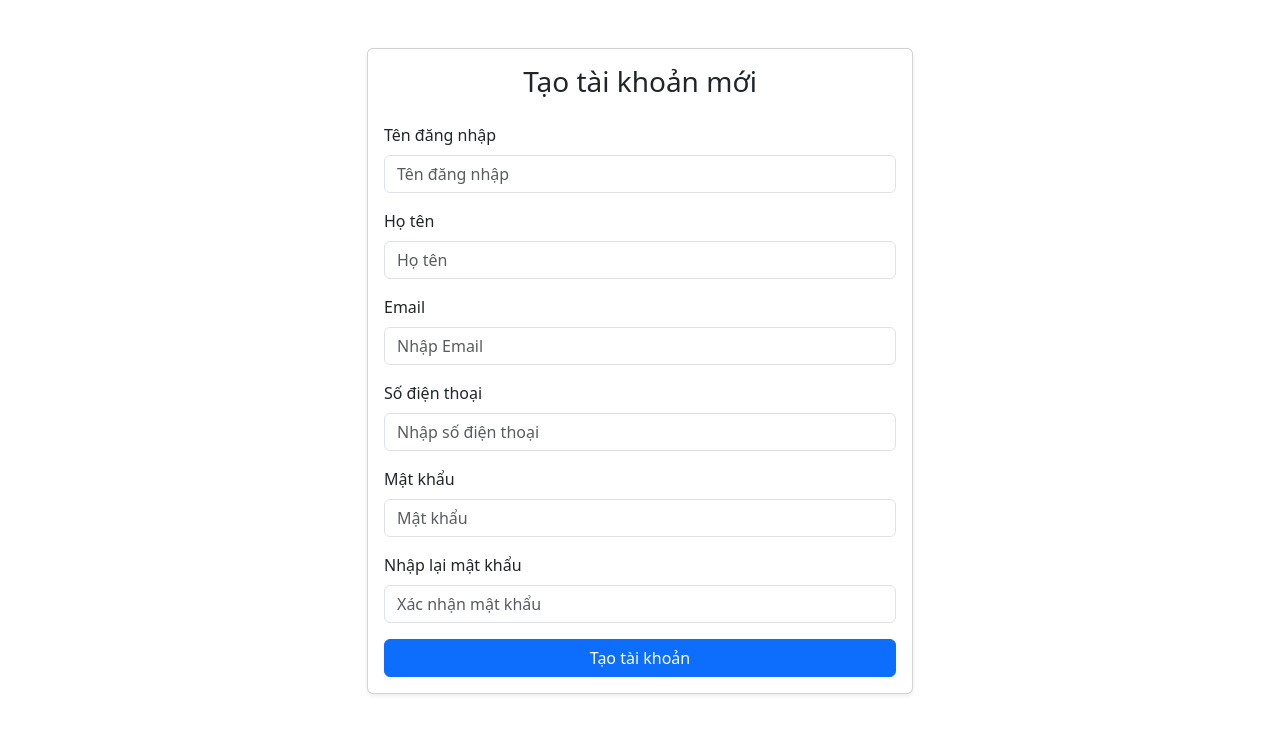
Repository: nvk3005/LapTrinhWeb-
Page: http://localhost/HelloServlet/register
The author's editor kept a copy of each file at every save. The page is drawn from the files as they stood at one save, then again after the next save.
The browser window is 1280 px wide. The pictures show the whole page.
The page is served by Tomcat 10.

Above is the page before, as saved 2025-09-02 16:26:53.

After the next save:
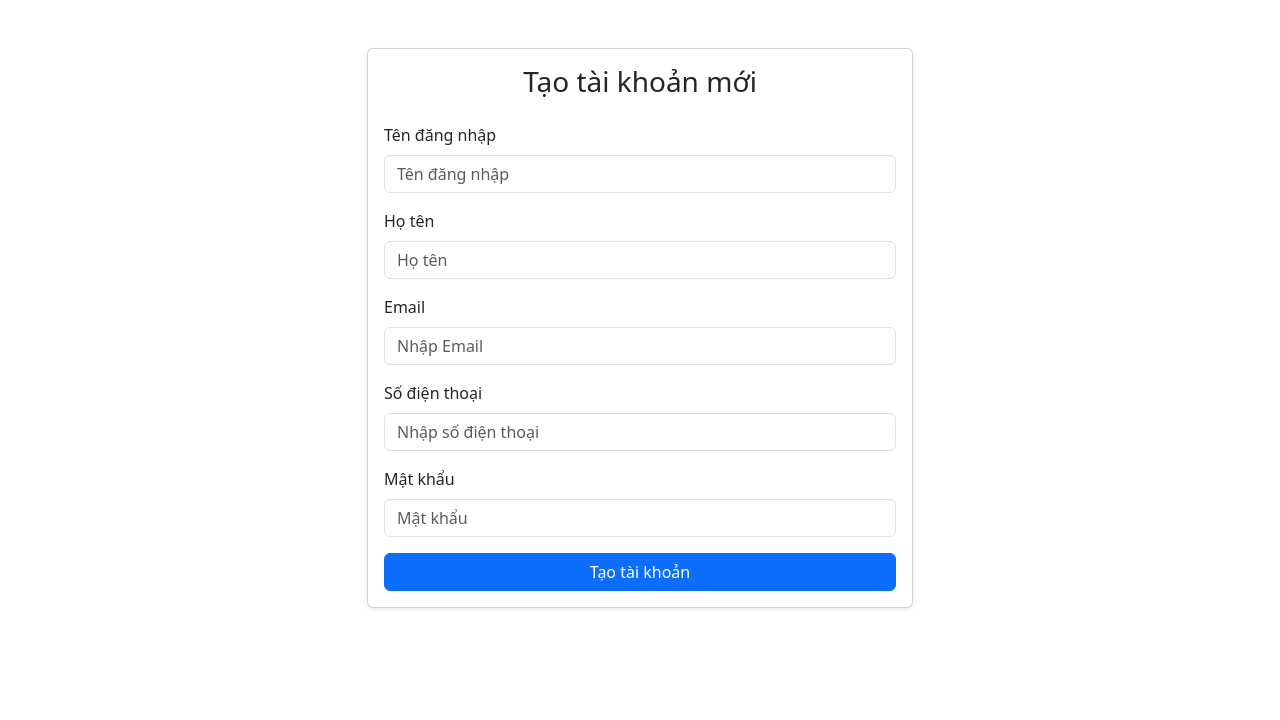
Saved 24 s later.
--- a/HelloServlet/src/main/webapp/views/register.jsp
+++ b/HelloServlet/src/main/webapp/views/register.jsp
@@ -42,10 +42,6 @@
                 <label for="inputPassword" class="form-label">Mật khẩu</label>
                 <input type="password" class="form-control" id="inputPassword" name="password" placeholder="Mật khẩu">
               </div>
-              <div class="mb-3">
-                <label for="inputConfirmPassword" class="form-label">Nhập lại mật khẩu</label>
-                <input type="password" class="form-control" id="inputConfirmPassword" placeholder="Xác nhận mật khẩu">
-              </div>
               <button type="submit" class="btn btn-primary w-100">Tạo tài khoản</button>
             </form>
           </div>
